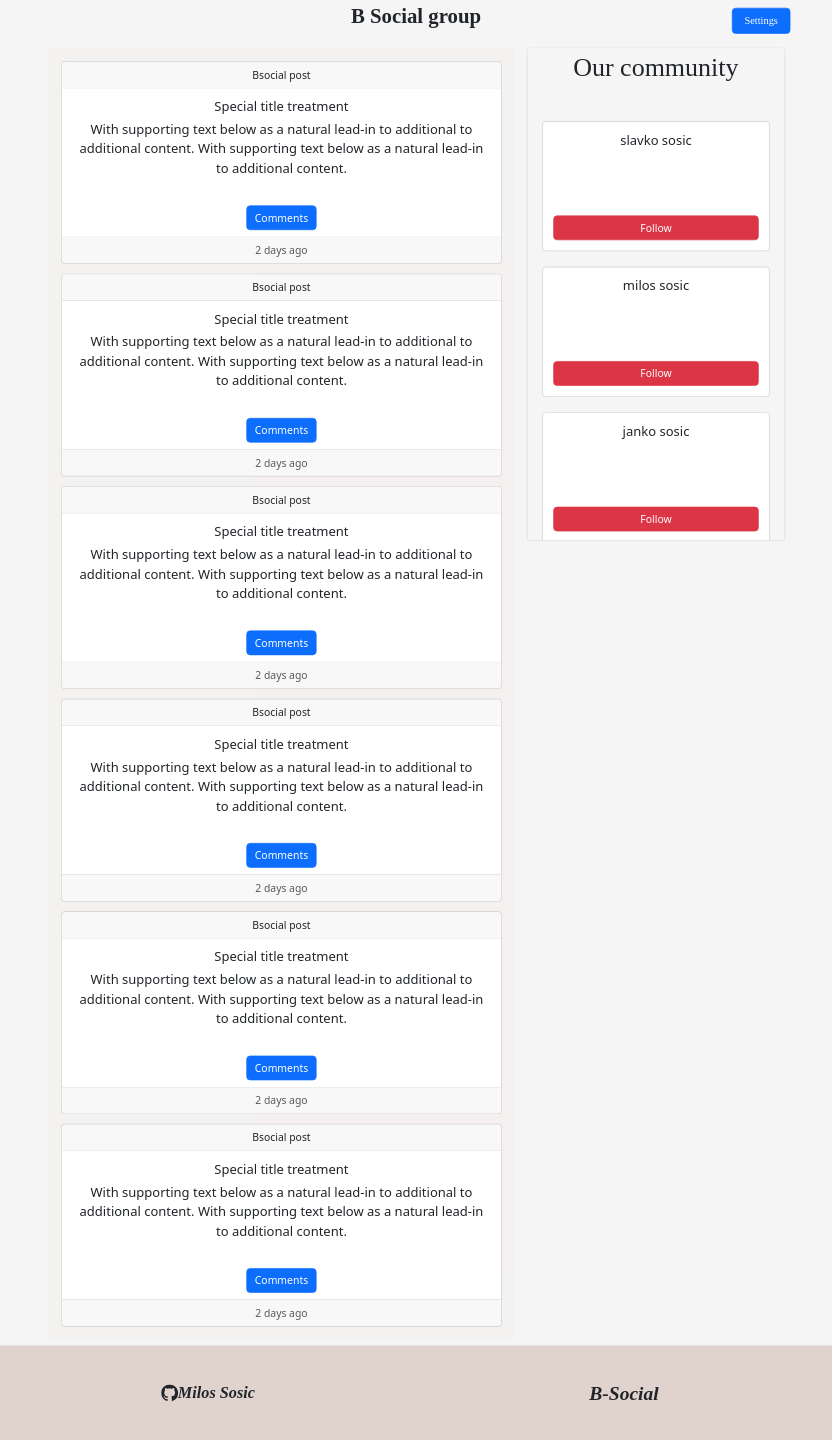
Repository: mcedo1/b-Social-app
Page: /main
These files come from the project's save history. The page is drawn as it stood at one moment and after a run of saves; the edit follows.
The browser window is 1280 px wide. The pictures show the whole page, at 65% of full size.
The project was rebuilt for these pictures with package versions that can differ from the ones it lists, and the page was loaded fresh each time. Also part of the build but not shown: src/components/log.reg.component/Login.js, src/components/log.reg.component/Registration.js, src/components/submain.component/Comment.js, src/components/about.us.component/NewFollowers.js, src/components/about.us.component/AboutUs.js.

Above is the page before, as saved 2024-02-03 15:30:58.

After the next 3 saves:
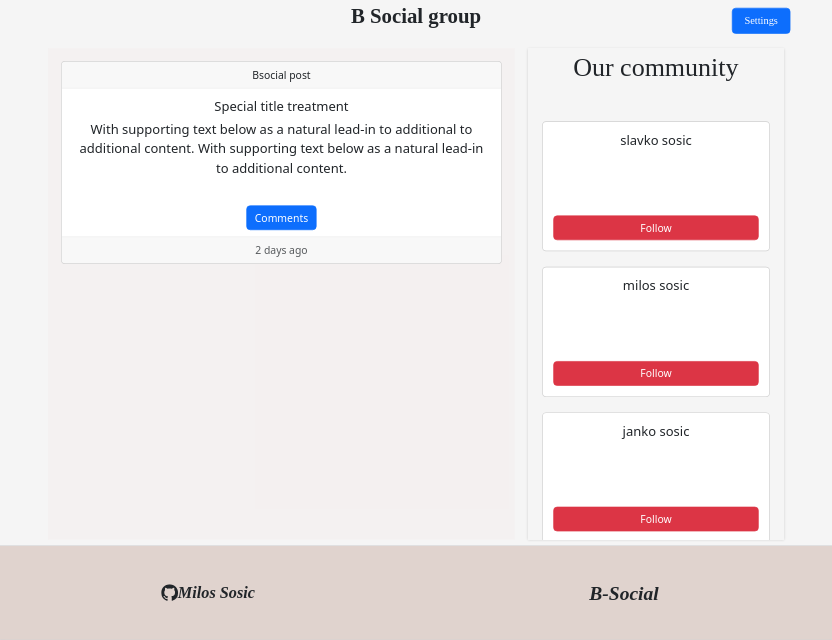
The 3 saves are shown as one change because they came seconds apart.
The last was saved 35 s later.
--- a/src/components/submain.component/Submain.js
+++ b/src/components/submain.component/Submain.js
@@ -6,11 +6,6 @@ function Submain() {
   return (
     <div className="Submain">
       <div className="Posts">
-        <Post />
-        <Post />
-        <Post />
-        <Post />
-        <Post />
         <Post />
       </div>
       <div className="Followers">
